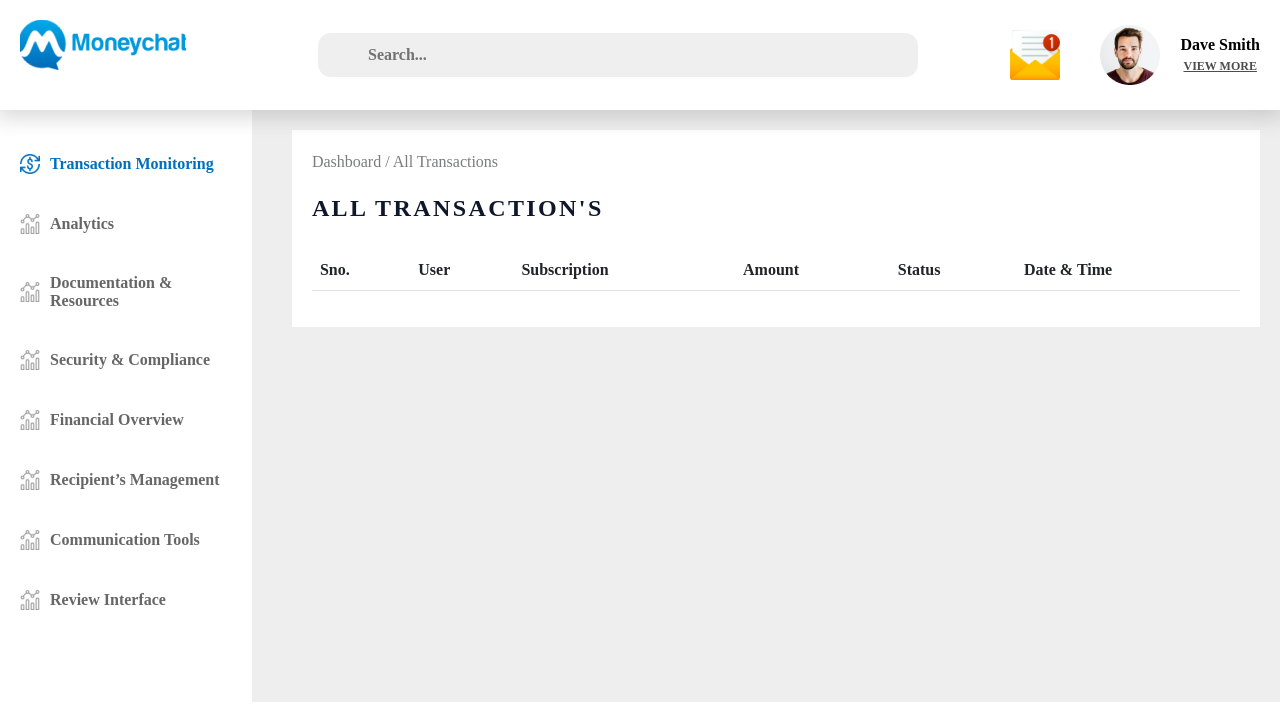
Repository: FlyweisReact/Money-Chat
Page: /transaction
The author's editor kept a copy of each file at every save. The page is drawn from the files as they stood at one save, then again after a run of saves.
The browser window is 1280 px wide. The pictures show the whole page.
The project was rebuilt for these pictures with package versions that can differ from the ones it lists, and the page was loaded fresh each time. Also part of the build but not shown: src/forms/ForgetPassword.js, src/forms/Login.jsx, src/forms/NeedHelp.js, src/forms/Regestration.js, src/forms/Verify.js. Imported but missing from the stored project, and not drawn on this page: src/pages/Component/SpinnerComp.

Above is the page before, as saved 2023-11-30 15:24:39.

### src/index.js
import React from "react";
import ReactDOM from "react-dom/client";
import "./index.css";
import App from "./App";
import { BrowserRouter } from "react-router-dom";
import 'bootstrap/dist/css/bootstrap.min.css'
// Commit Changes
const root = ReactDOM.createRoot(document.getElementById("root"));
root.render(
  <React.StrictMode>
    <BrowserRouter>
      <App />
    </BrowserRouter>
  </React.StrictMode>
);

### src/CSS/style.css
/** @format */

.Login_screen {
  background: linear-gradient(
      0deg,
      rgba(238, 238, 238, 0.2) 0%,
      rgba(238, 238, 238, 0.2) 100%
    ),
    #fff;
  display: flex;
  flex-direction: column;
  justify-content: center;
  align-items: center;
  width: 100%;
  height: 100vh;
}
.Login_screen .Login_Container {
  max-width: 667px;
  max-height: 785px;
  width: 100%;
  height: 100%;
  border-radius: 13px;
  background: #fff;
  box-shadow: 0px 10px 30px 3px rgba(0, 0, 0, 0.15);
  padding: 20px;
  padding-bottom: 50px;
}
.Login_screen .Login_Container .logo {
  display: block;
  margin: auto;
  width: 166px;
  margin-top: 40px;
}
.Login_screen .Login_Container .description {
  margin-top: 40px;
}
.Login_screen .Login_Container .description h6 {
  color: #000;
  text-align: center;
  font-size: 32px;
  font-style: normal;
  font-weight: 700;
  line-height: normal;
}

.Login_screen .Login_Container .description p {
  color: rgba(0, 0, 0, 0.7);
  text-align: center;
  font-size: 20px;
  font-style: normal;
  font-weight: 400;
  line-height: normal;
}

.Login_Container .input_container {
  margin-bottom: 50px;
}
.Login_Container .input_container.special {
  max-height: 300px;
  padding-bottom: 50px;
  overflow-y: scroll;
}
.Login_Container .input_group {
  display: flex;
  gap: 10px;
  align-items: center;
  border-radius: 13px;
  background: rgba(238, 238, 238, 0.2);
  box-shadow: 0px 6px 20px 2px rgba(0, 0, 0, 0.15);
  padding: 15px;
  width: 80%;
  margin: auto;
}
.Login_Container .input_group img {
  width: 20px;
}
.Login_Container .input_group input {
  outline: none;
  border: none;
  color: #0070bc;
  font-size: 16px;
  font-style: normal;
  font-weight: 500;
  line-height: normal;
  font-weight: 600;
  width: 80%;
}
.Login_Container .input_group input.without_color {
  color: rgba(0, 0, 0, 0.7);
}
.Login_Container .input_group input.without_color::placeholder {
  color: rgba(0, 0, 0, 0.7);
}
.Login_Container .input_group input::placeholder {
  color: #0070bc;
  font-weight: 600;
}

.Login_Container .login_btn {
  max-width: 250px;
  width: 100%;
  display: block;
  margin: auto;
  margin-top: 40px;
  color: #fff;
  text-align: center;
  font-size: 18px;
  font-style: normal;
  font-weight: 600;
  line-height: normal;
  border-radius: 10px;
  background: linear-gradient(180deg, #fea82f 0%, #fd575b 100%);
  padding: 15px;
}

.Login_Container .create_new {
  display: flex;
  justify-content: center;
  gap: 20px;
  align-items: center;
  margin-top: 50px;
}

.Login_Container .create_new .item {
  display: flex;
  gap: 10px;
  align-items: center;
  width: 300px;
  justify-content: center;
}
.Login_Container .create_new .item img {
  width: 20px;
}
.Login_Container .create_new .item span {
  color: rgba(0, 0, 0, 0.7);
  text-align: center;
  font-size: 16px;
  font-style: normal;
  font-weight: 600;
  line-height: normal;
}

.Login_Container .create_new .item:first-child {
  border-right: 2px solid #000;
  padding-right: 10px;
}

.Login_Container a {
  text-decoration: none;
}

.Login_Container .button_container {
  display: flex;
  justify-content: space-between;
  align-items: center;
  gap: 20px;
}
.Login_Container .button_container button {
  max-width: 250px;
  width: 100%;
  display: block;
  margin: auto;
  color: #fff;
  text-align: center;
  font-size: 18px;
  font-style: normal;
  font-weight: 600;
  line-height: normal;
  border-radius: 10px;
  background: linear-gradient(180deg, #fea82f 0%, #fd575b 100%);
  padding: 15px;
}

.Login_Container .button_container .cancel {
  max-width: 250px;
  width: 100%;
  display: flex;
  gap: 10px;
  align-items: center;
}
.Login_Container .button_container .cancel a {
  font-size: 18px;
  font-style: normal;
  font-weight: 700;
  line-height: normal;
  text-decoration-line: underline;
  background: linear-gradient(180deg, #fea82f 0%, #fd575b 100%);
  background-clip: text;
  -webkit-background-clip: text;
  -webkit-text-fill-color: transparent;
}
.Login_Container .button_container .cancel img {
  width: 30px;
}

.Login_Container .progress_bar {
  border-radius: 10px;
  background: rgba(196, 196, 196, 0.4);
  width: 100%;
  height: 16px;
  margin-top: 40px;
}

.Login_Container .progress_bar .colored {
  width: 33%;
  border-radius: 10px;
  background: linear-gradient(90deg, #fea82f 0%, #fd575b 100%);
  height: 100%;
}
.Login_Container .progress_bar .second_stage {
  width: 80%;
  border-radius: 10px;
  background: linear-gradient(90deg, #fea82f 0%, #fd575b 100%);
  height: 100%;
}

.Login_Container .input_container .heading {
  color: #0070bc;
  font-size: 20px;
  font-style: normal;
  font-weight: 700;
  line-height: normal;
  padding: 20px;
  padding-bottom: 0;
  margin-top: 20px;
}

.Login_Container .whole_button_container {
  border-radius: 13px;
  background: rgba(238, 238, 238, 0.2);
  box-shadow: 0px 6px 20px 2px rgba(0, 0, 0, 0.15);
  width: 90%;
  margin: auto;
  display: flex;
  align-items: center;
  justify-content: space-between;
  padding-left: 20px;
  padding-right: 20px;
  padding: 10px;
  margin-top: 10px;
}

.Login_Container .whole_button_container p {
  margin: 0;
  color: rgba(0, 0, 0, 0.7);
  font-size: 16px;
  font-style: normal;
  font-weight: 600;
  line-height: normal;
}

.Login_Container .whole_button_container button {
  border-radius: 13px;
  background: rgba(0, 170, 234, 0.5);
  width: 200px;
  padding: 10px;
  color: #fff;
  text-align: center;
  font-size: 16px;
  font-style: normal;
  font-weight: 600;
  line-height: normal;
  display: flex;
  justify-content: center;
  align-items: center;
  gap: 20px;
}

.Login_Container .whole_button_container button.img {
  width: 20px;
}

.verify {
  background: #f0f6f5;
  width: 100%;
  height: 100vh;
}
.verify img {
  width: 800px;
  display: block;
  margin: auto;
}
.verify .colored {
  color: rgba(0, 0, 0, 0.7);
  text-align: center;
  font-size: 32px;
  font-style: normal;
  font-weight: 500;
  line-height: normal;
}
.verify p {
  color: rgba(0, 0, 0, 0.6);
  text-align: center;
  font-size: 24px;
  font-style: normal;
  font-weight: 400;
  line-height: normal;
}

.Login_Container .Drop_Links {
  padding: 20px;
}

.Login_Container .Drop_Links div {
  border-bottom: 1px solid rgba(0, 0, 0, 0.6);
  padding: 20px;
  display: flex;
  justify-content: space-between;
  align-items: center;
  cursor: pointer;
  margin-top: 20px;
}
.Login_Container .Drop_Links div span {
  color: rgba(0, 0, 0, 0.6);
  font-size: 16px;
  font-style: normal;
  font-weight: 600;
  line-height: normal;
}
.Login_Container .Drop_Links div i {
  font-size: 18px;
  color: #fea82f;
}

/* Navbar */
.Navbar {
  background: #fff;
  box-shadow: 0px 4px 20px 4px rgba(0, 0, 0, 0.15);
  display: flex;
  justify-content: space-between;
  align-items: center;
  gap: 20px;
  padding: 20px;
  width: 100%;
  position: relative;
  z-index: 2;
}
.Navbar .logo {
  width: 206px;
}

.Navbar .search_bar {
  border-radius: 13px;
  background: rgba(238, 238, 238, 0.93);
  max-width: 600px;
  width: 100%;
  padding: 10px;
  display: flex;
  gap: 20px;
  align-items: center;
  padding-left: 30px;
}

.Navbar .search_bar input {
  background-color: transparent;
  outline: none;
  width: 90%;
  font-size: 16px;
  font-weight: 600;
}

.Navbar .search_bar input::placeholder {
  color: rgba(30, 30, 30, 0.6);
  font-weight: 600;
}

.Navbar .side_div {
  display: flex;
  align-items: center;
  gap: 20px;
  justify-content: space-between;
  max-width: 250px;
  width: 100%;
}

.Navbar .side_div .notify {
  max-width: 50px;
  width: 100%;
}
.Navbar .side_div .content {
  display: flex;
  align-items: center;
  gap: 20px;
}
.Navbar .side_div .content div {
  display: flex;
  flex-direction: column;
  gap: 5px;
  justify-content: center;
  align-items: center;
}
.Navbar .side_div .content div p {
  margin: 0;
  color: #000;
  font-size: 16px;
  font-style: normal;
  font-weight: 600;
  line-height: normal;
}

.Navbar .side_div .content div a {
  color: rgba(0, 0, 0, 0.7);
  font-size: 12px;
  font-style: normal;
  font-weight: 600;
  text-decoration: underline;
  line-height: normal;
}

/* ---- */
.component_style {
  display: flex;
  gap: 20px;
  background: #eee;
}
.sidebar {
  background-color: #fff;
  width: 20%;
}

.sidebar ul {
  display: flex;
  gap: 40px;
  flex-direction: column;
  padding: 20px;
}
.sidebar ul li {
  display: flex;
  align-items: center;
  gap: 10px;
}
.sidebar ul li span.link {
  color: rgba(0, 0, 0, 0.6);
  font-size: 16px;
  font-style: normal;
  font-weight: 600;
  line-height: normal;
}

.sidebar ul li img {
  width: 20px;
}
.sidebar ul a {
  text-decoration: none;
}
.sidebar ul a.active li span.link {
  color: #0070bc;
}

.child_component {
  width: 80%;
  padding: 20px;
  height: 100%;
}

### src/pages/Transaction/Transaction.js
/** @format */

import HOC from "../../layout/HOC";
import { Table, Alert, Badge } from "react-bootstrap";
import SpinnerComp from "../Component/SpinnerComp";

const Transaction = () => {
  return (
    <>
      <section className="sectionCont">
        <p className="headP">Dashboard / All Transactions</p>

        <div className="pb-4  w-full flex justify-between items-center">
          <span
            className="tracking-widest text-slate-900 font-semibold uppercase"
            style={{ fontSize: "1.5rem" }}
          >
            All Transaction's
          </span>
        </div>

        <div className="overFlowCont">
          <Table>
            <thead>
              <tr>
                <th>Sno.</th>
                <th>User </th>
                <th>Subscription</th>
                <th>Amount</th>
                <th>Status</th>
                <th>Date & Time</th>
              </tr>
            </thead>
            <tbody></tbody>
          </Table>
        </div>
      </section>
    </>
  );
};

export default HOC(Transaction);

### src/layout/HOC.jsx
/** @format */

import React, { useState } from "react";
import Navbar from "./Navbar";
import Sidebar from "./Sidebar";

const HOC = (Wcomponenet) => {
  return function Component() {
    const [hamb, setHamb] = useState(false);
    return (
      <>
        <div style={{ backgroundColor: "#f2f3f8" }}>
          <Navbar hamb={hamb} setHamb={setHamb} />
        </div>

        <section className="component_style">
          <Sidebar hamb={hamb} setHamb={setHamb} />
          <div
            className="h-[87%] child_component"
            style={{ overflowY: "auto" }}
          >
            {" "}
            <Wcomponenet />
          </div>
        </section>
      </>
    );
  };
};

export default HOC;

### src/layout/Navbar.jsx
/** @format */
import logo from "../Images/logo.png";

const Navbar = () => {
  return (
    <>
      <div className="Navbar">
        <div className="logo">
          <img src={logo} alt="" />
        </div>

        <div className="search_bar">
          <i className="fa-solid fa-magnifying-glass"></i>
          <input type="search" placeholder="Search..." />
        </div>

        <div className="side_div">
          <img src="./Image/13.png" alt="" className="notify" />

          <div className="content">
            <img src="./Image/12.png" alt="" />
            <div>
              <p className="head">Dave Smith</p>
              <a>VIEW MORE </a>
            </div>
          </div>

        </div>


      </div>
    </>
  );
};

export default Navbar;

### src/layout/Sidebar.jsx
/** @format */

import React from "react";
import { Link, useLocation, useNavigate } from "react-router-dom";
import { toast } from "react-toastify";

const Sidebar = () => {
  const navigate = useNavigate();
  const location = useLocation();

  const nav = [
    {
      img: "./Image/14.svg",
      activeImg: "./Image/Monitoring.svg",
      link: "/transaction",
      name: "Transaction Monitoring",
    },
    {
      img: "./Image/Analytics.svg",
      activeImg: "./Image/Analyticsactive.svg",
      link: "/Product",
      name: "Analytics ",
    },

    {
      img: "./Image/Analytics.svg",
      activeImg: "./Image/Analyticsactive.svg",
      link: "/service",
      name: "Documentation & Resources",
    },
    {
      img: "./Image/Analytics.svg",
      activeImg: "./Image/Analyticsactive.svg",
      link: "/gallery",
      name: "Security & Compliance",
    },
    {
      img: "./Image/Analytics.svg",
      activeImg: "./Image/Analyticsactive.svg",
      link: "/getblog",
      name: "Financial Overview",
    },
    {
      img: "./Image/Analytics.svg",
      activeImg: "./Image/Analyticsactive.svg",
      link: "/privacy-policy",
      name: "Recipient’s Management",
    },
    {
      img: "./Image/Analytics.svg",
      activeImg: "./Image/Analyticsactive.svg",
      link: "/terms",
      name: "Communication Tools",
    },
    {
      img: "./Image/Analytics.svg",
      activeImg: "./Image/Analyticsactive.svg",
      link: "/brand",
      name: "Review Interface",
    },
  ];

  const logOut = () => {
    localStorage.clear();
    navigate("/");
    toast.success("Logged Out");
  };

  function ImgFinder(i) {
    if (i.link === location.pathname) {
      return i.activeImg;
    } else {
      return i.img;
    }
  }

  return (
    <>
      <aside className="sidebar">
        <nav className="py-6">
          <ul>
            {nav.map((nav) => {
              return (
                <Link
                  to={nav.link}
                  key={nav.name}
                  className={`Links ${
                    nav.link === location.pathname ? "active" : ""
                  }`}
                >
                  <li>
                    <img src={ImgFinder(nav)} alt="" />
                    <span className="link"> {nav.name}</span>
                  </li>
                </Link>
              );
            })}
          </ul>

          <span
            className="flex my-3 items-center cursor-pointer text-gray-900    tracking-wider p-2 rounded-sm"
            onClick={() => logOut()}
            style={{ color: "#FFF", textTransform: "uppercase" }}
          ></span>
        </nav>
      </aside>
    </>
  );
};

export default Sidebar;

Loaded but not shown: tailwind.config.js (common file); src/App.js (46 lines, source omitted); src/index.css (924 lines, source omitted)

After the next 2 saves:
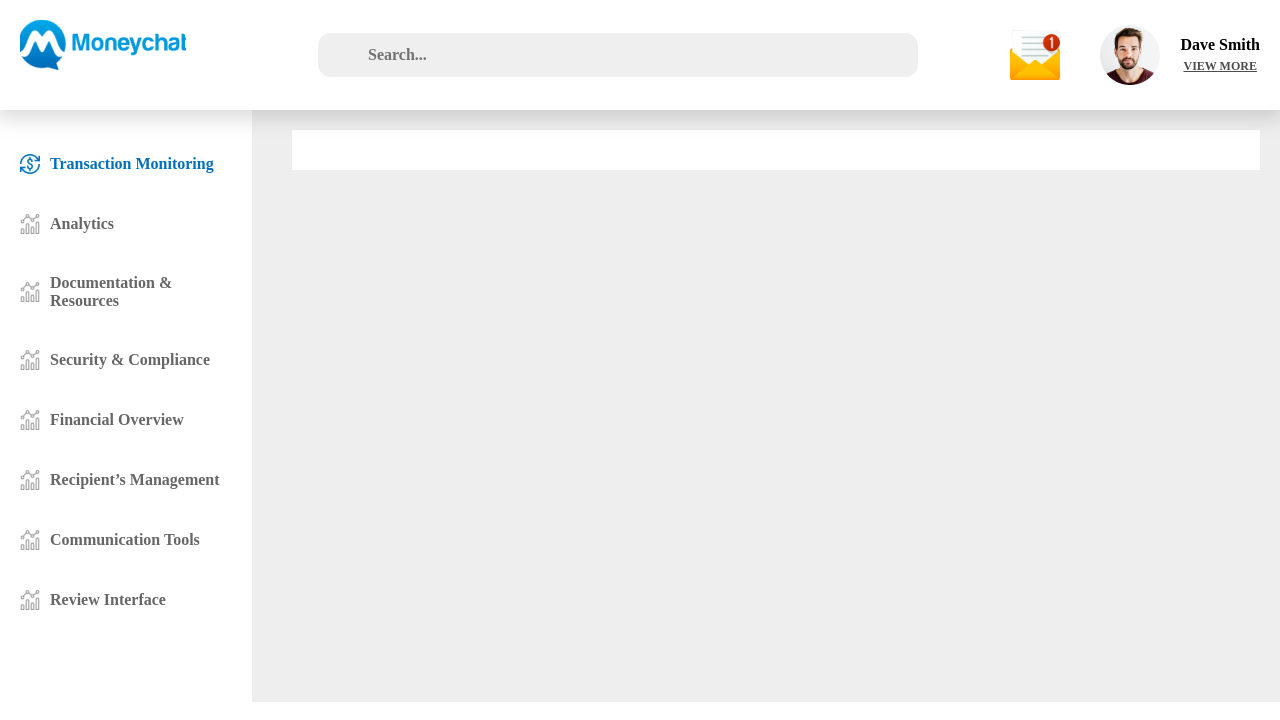
The 2 saves are shown as one change because they came seconds apart.
The last was saved 45 s later.
--- a/src/pages/Transaction/Transaction.js
+++ b/src/pages/Transaction/Transaction.js
@@ -1,39 +1,12 @@
 /** @format */
 
 import HOC from "../../layout/HOC";
-import { Table, Alert, Badge } from "react-bootstrap";
-import SpinnerComp from "../Component/SpinnerComp";
 
 const Transaction = () => {
   return (
     <>
       <section className="sectionCont">
-        <p className="headP">Dashboard / All Transactions</p>
 
-        <div className="pb-4  w-full flex justify-between items-center">
-          <span
-            className="tracking-widest text-slate-900 font-semibold uppercase"
-            style={{ fontSize: "1.5rem" }}
-          >
-            All Transaction's
-          </span>
-        </div>
-
-        <div className="overFlowCont">
-          <Table>
-            <thead>
-              <tr>
-                <th>Sno.</th>
-                <th>User </th>
-                <th>Subscription</th>
-                <th>Amount</th>
-                <th>Status</th>
-                <th>Date & Time</th>
-              </tr>
-            </thead>
-            <tbody></tbody>
-          </Table>
-        </div>
       </section>
     </>
   );
